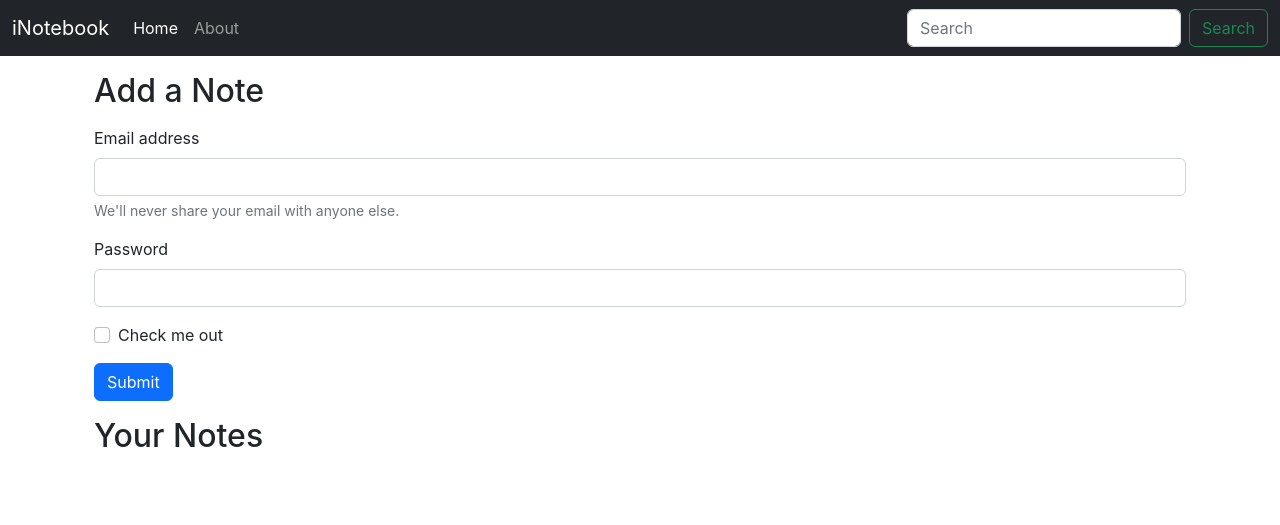
Repository: SatishPatil108/iNotebook-React
Page: /
These files come from the project's save history. The page is drawn as it stood at one moment and after the next save; the edit follows.
The browser window is 1280 px wide. The pictures show the whole page.
The project was rebuilt for these pictures with package versions that can differ from the ones it lists, and the page was loaded fresh each time. Also part of the build but not shown: src/App.css, src/components/About.js.

Above is the page before, as saved 2022-07-24 17:49:01.

After the next save:
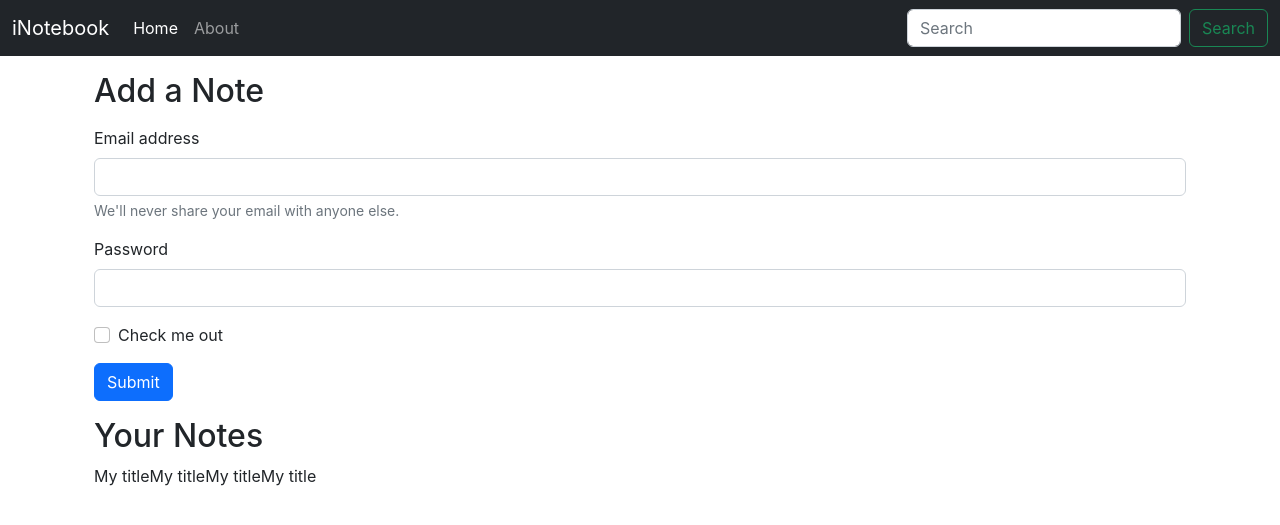
Saved 24 s later.
--- a/src/components/Home.js
+++ b/src/components/Home.js
@@ -28,7 +28,7 @@
             <div className="container">
                 <h2>Your Notes</h2>
                 {notes.map((note) => {
-                    return notes.title
+                    return note.title
                 })}
             </div>
         </div>
